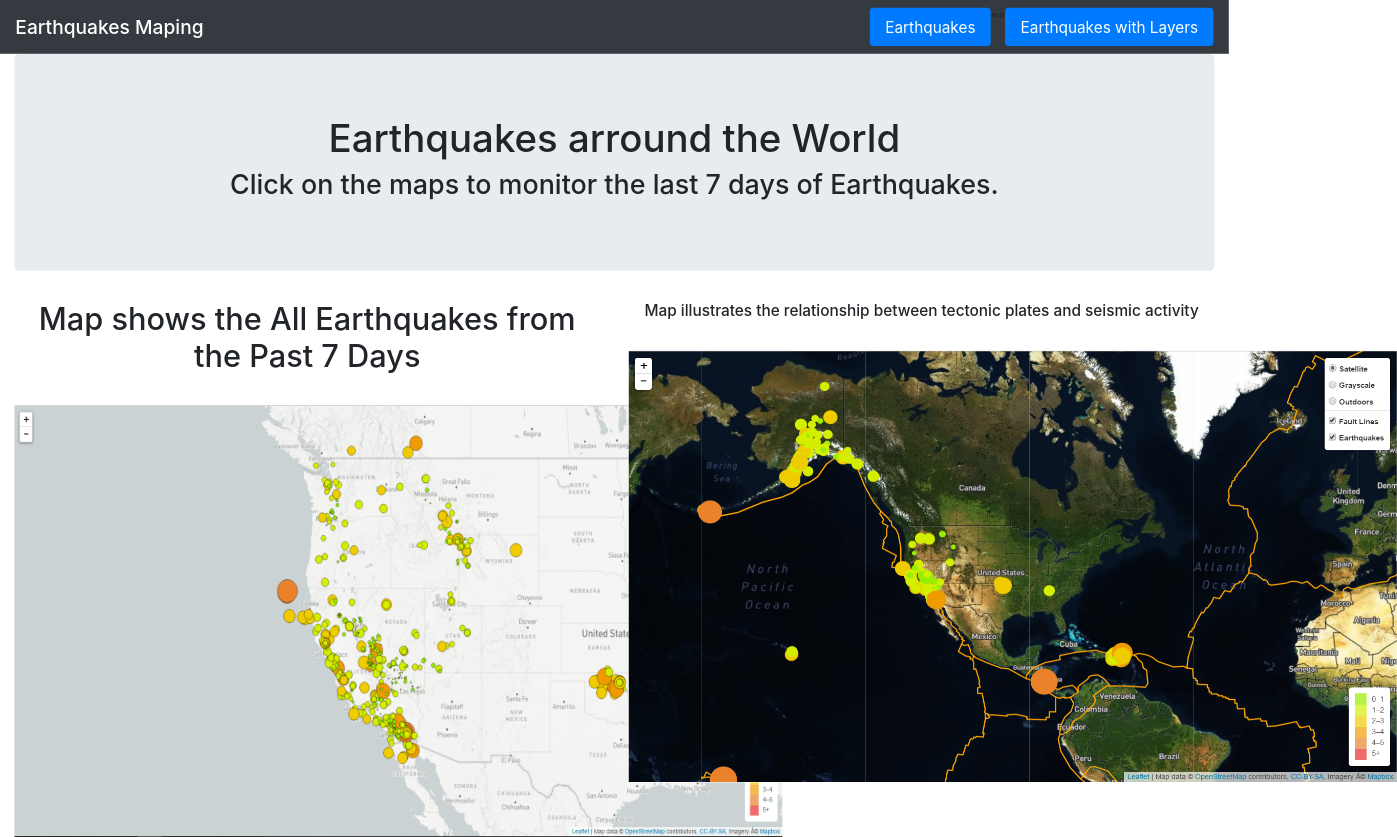
Repository: ermiasgelaye/leaflet-challenge
Page: index.html
The author's editor kept a copy of each file at every save. The page is drawn from the files as they stood at one save, then again after the next save.
The browser window is 1280 px wide. The page is 1455 px wide, so the pictures cover 1455 px, including what lies to the right of the window. The pictures show the whole page, at 96% of full size.

Above is the page before, as saved 2020-09-18 22:42:14.

### index.html
<!DOCTYPE html>
<html lang="en">

<head>
    <meta charset="UTF-8" />
    <meta name="viewport" content="width=device-width, initial-scale=1.0" />
    <meta http-equiv="X-UA-Compatible" content="ie=edge" />
    <title>Earthquakes Challenge</title>
    <link rel="stylesheet" href="https://stackpath.bootstrapcdn.com/bootstrap/4.3.1/css/bootstrap.min.css" integrity="sha384-ggOyR0iXCbMQv3Xipma34MD+dH/1fQ784/j6cY/iJTQUOhcWr7x9JvoRxT2MZw1T" crossorigin="anonymous" />

    <!-- jQuery library -->
    <script src="https://ajax.googleapis.com/ajax/libs/jquery/3.4.1/jquery.min.js"></script>
    <link rel="stylesheet" type="text/css" href="static/css/style.css" />
    <!-- Latest compiled JavaScript -->
    <script src="https://maxcdn.bootstrapcdn.com/bootstrap/4.3.1/js/bootstrap.min.js"></script>
</head>

<body>
    <nav class="navbar navbar-dark bg-dark size_hide">
        <a href="index.html"><span class="navbar-brand mb-0 h1 back_color"
          >Earthquakes Maping</span
        ></a
      >

      <ul class="nav nav-pills">
        <li class="nav-item">
          <a class="nav-link active" href="Leaflet-Step-1/step-1.html"
            >Earthquakes</a>
        </li>
        <a>""</a>
        <li class="nav-item">
          <a class="nav-link active" href="Leaflet-Step-2/step-2.html"
            >Earthquakes with Layers</a
          >
        </li>
      </ul>
    </nav>
    <div  class="container-fluid">
      <div class="jumbotron text-center">

        <h1>Earthquakes arround the World</h1>
        <h3>
          Click on the maps to monitor the last 7 days of Earthquakes.
        </h3>
      </div>
      <div class="row">
        <div class="col-lg-6">
          <h2 style="text-align:center;"> Map shows the All Earthquakes from the Past 7 Days</h6>
          <br />
          <a href="Leaflet-Step-1/step-1.html"
            ><img
              src="images/2-BasicMap.png"
              alt="Mapping without Layers"
              width="800"
              height="450"
          /></a>
        </div>
        <div class="col-lg-6">
            <h6 style="text-align:center;">
                Map illustrates the relationship between tectonic plates and seismic activity
            </h6>
            <br />
            <a href="Leaflet-Step-2/step-2.html">
                <img src="images/5-Advanced.png" alt="Mapping with Layers" width="800" height="450" /></a>
        </div>
        </div>
        </div>
</body>

</html>

Loaded but not shown: static/css/style.css (common file)

After the next save:
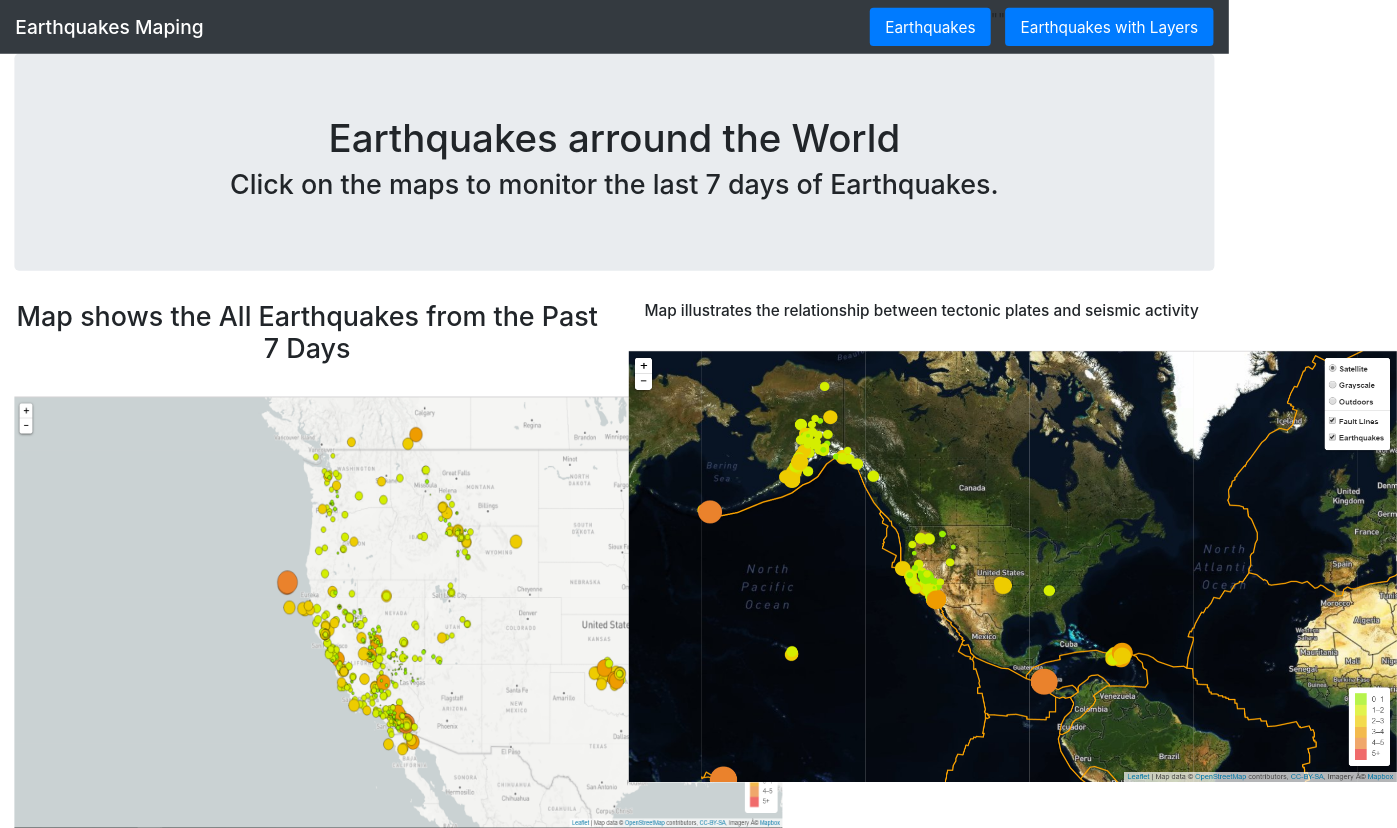
Saved 7 s later.
--- a/index.html
+++ b/index.html
@@ -45,7 +45,7 @@
       </div>
       <div class="row">
         <div class="col-lg-6">
-          <h2 style="text-align:center;"> Map shows the All Earthquakes from the Past 7 Days</h6>
+          <h3 style="text-align:center;"> Map shows the All Earthquakes from the Past 7 Days</h6>
           <br />
           <a href="Leaflet-Step-1/step-1.html"
             ><img

After the save that followed:
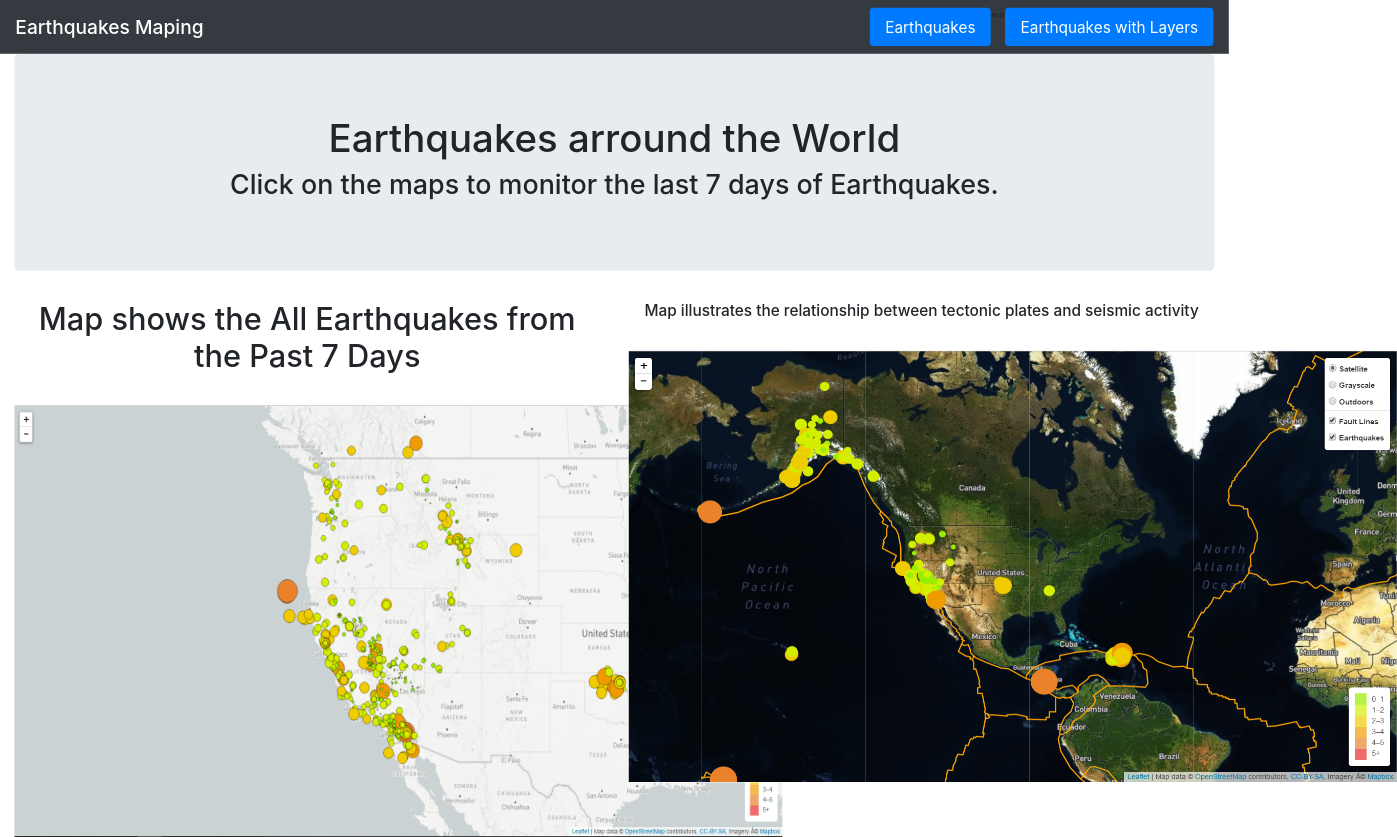
Saved 10 s later.
--- a/index.html
+++ b/index.html
@@ -45,7 +45,7 @@
       </div>
       <div class="row">
         <div class="col-lg-6">
-          <h3 style="text-align:center;"> Map shows the All Earthquakes from the Past 7 Days</h6>
+          <h2 style="text-align:center;"> Map shows the All Earthquakes from the Past 7 Days</h6>
           <br />
           <a href="Leaflet-Step-1/step-1.html"
             ><img
